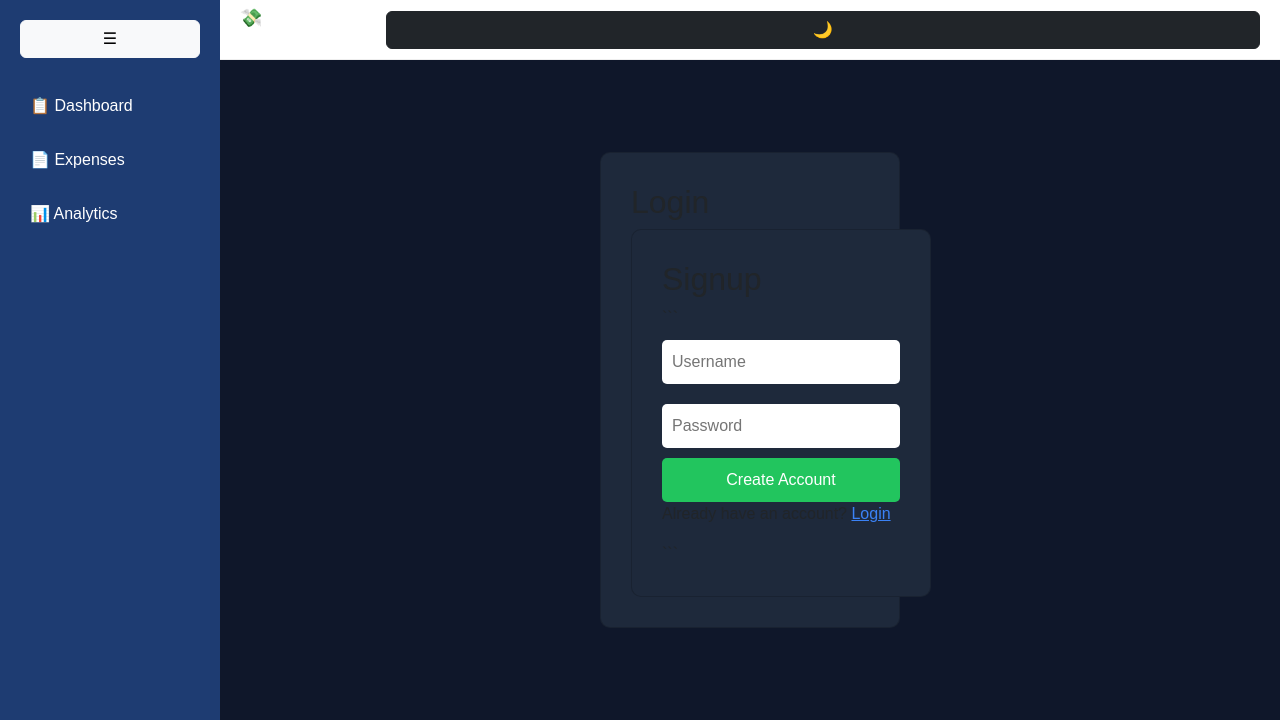
Repository: TejasChoudhary1996/expense-microservices
Page: http://localhost/ui-service/WEB-INF/jsp/pages/signup.jsp
These files come from the project's save history. The page is drawn as it stood at one moment and after the next save; the edit follows.
The browser window is 1280 px wide. The pictures show the whole page.
The page is served by Tomcat 10. Nobody is signed in. The template is opened directly, without the code that normally fills it, so the values that code supplies are empty.

Above is the page before, as saved 2026-03-27 20:42:14.

After the next save:
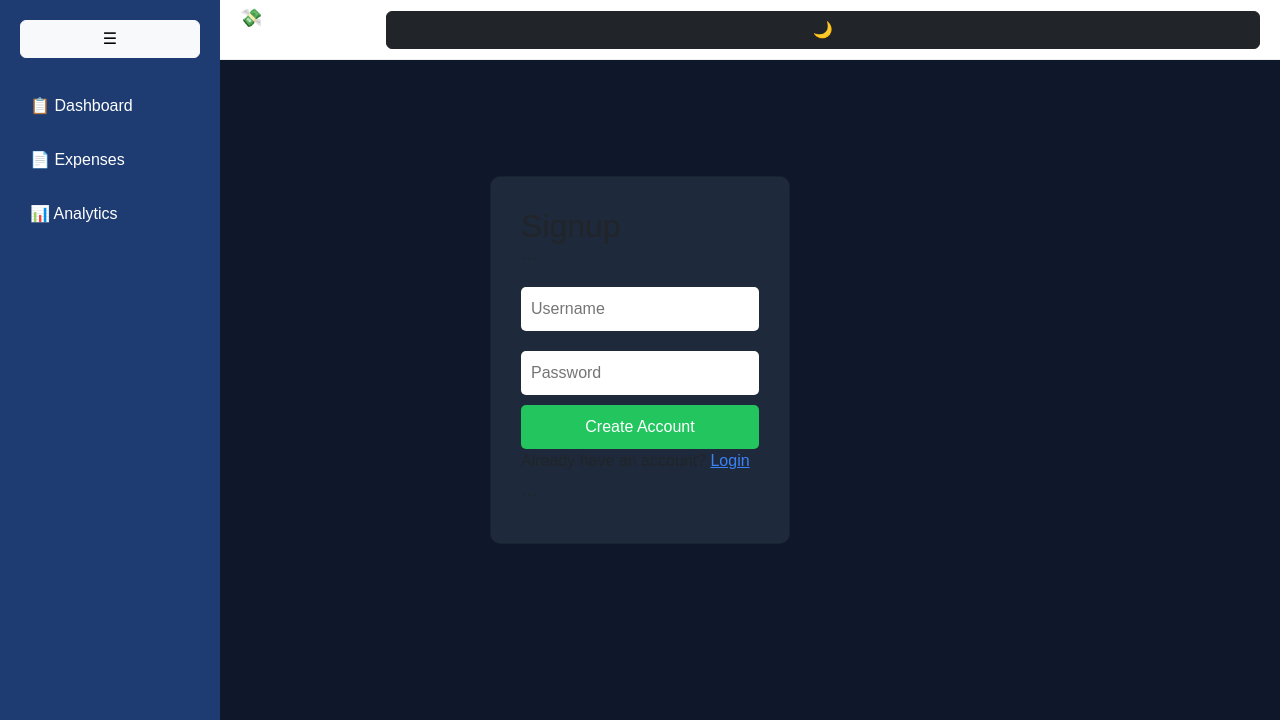
Saved 13 s later.
--- a/ui-service/src/main/webapp/WEB-INF/jsp/pages/signup.jsp
+++ b/ui-service/src/main/webapp/WEB-INF/jsp/pages/signup.jsp
@@ -1,61 +1,6 @@
 <%@ page contentType="text/html; charset=UTF-8" pageEncoding="UTF-8"%>
 <%@ include file="../layout/header.jsp" %>
 <%@ include file="../layout/sidebar.jsp" %>
-
-
-<html>
-<head>
-<meta charset="UTF-8">
-<title>Login</title>
-</head>
-<body>
-<div class="content">
-<!DOCTYPE html>
-
-<html>
-<head>
-    <title>Login</title>
-    <style>
-        body {
-            font-family: Arial;
-            background: #0f172a;
-            display: flex;
-            justify-content: center;
-            align-items: center;
-            height: 100vh;
-            color: white;
-        }
-        .card {
-            background: #1e293b;
-            padding: 30px;
-            border-radius: 10px;
-            width: 300px;
-        }
-        input {
-            width: 100%;
-            padding: 10px;
-            margin: 10px 0;
-            border-radius: 5px;
-            border: none;
-        }
-        button {
-            width: 100%;
-            padding: 10px;
-            background: #3b82f6;
-            color: white;
-            border: none;
-            border-radius: 5px;
-        }
-        a {
-            color: #3b82f6;
-        }
-    </style>
-</head>
-<body>
-
-<div class="card">
-    <h2>Login</h2>
-
 
 <!DOCTYPE html>
 
@@ -117,12 +62,3 @@
 
 </body>
 </html>
-
-</div>
-
-</body>
-</html>
-
-</div>
-</body>
-</html>
